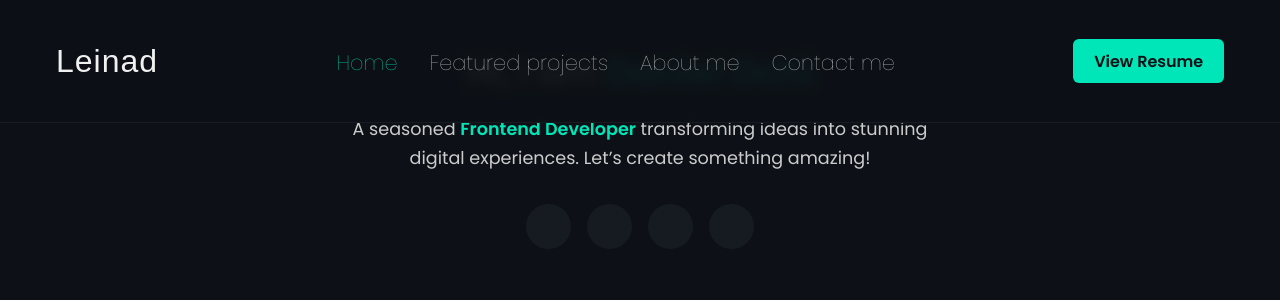
Repository: Austinokezie/Myportfolio
Page: index.html
An editor plug-in stored every save of this project. The page is shown before and after the next save, followed by the edit.
The browser window is 1280 px wide. The pictures show the whole page.
Some web fonts or font styles are not loaded; a fallback is used.

Above is the page before, as saved 2025-10-14 13:14:39.

### index.html
<!DOCTYPE html>
<html lang="en">
<head>
    <meta charset="UTF-8">
    <meta name="viewport" content="width=device-width, initial-scale=1.0">
    <title>My Portfolio</title>
    <link rel="stylesheet" href="./style.css">
    <link rel="stylesheet" href="./mediaqueries.css">
    <link rel="stylesheet" href="./lib/css/bootstrap-grid.min.css">
    <link rel="stylesheet" href="./lib/js/bootstrap.bundle.min.js">
</head>
<body>
    <header>
        <nav class="navbar">
          <div class="logo">Leinad</div>

           <ul class="nav-links">
              <li><a href="#" class="active">Home</a></li>
              <li><a href="#">Featured projects</a></li>
              <li><a href="#">About me</a></li>
             <li><a href="#">Contact me</a></li>
           </ul>

          <a href="#" class="resume-btn">View Resume</a>
       </nav>
  </header>
    </nav>
   <section class="intro">
      <div class="intro-content">
         <h1>Hi, I am <span>Daniel Ochi</span></h1>
           <p>
              A seasoned <span class="highlight">Frontend Developer</span> transforming ideas into
              stunning digital experiences. Let’s create something amazing!
           </p>

          <div class="social-links">
              <a href="#" title="GitHub"><i class="fab fa-github"></i></a>
              <a href="#" title="Medium"><i class="fab fa-medium"></i></a>
              <a href="#" title="LinkedIn"><i class="fab fa-linkedin"></i></a>
             <a href="#" title="Twitter"><i class="fab fa-twitter"></i></a>
          </div>
       </div>
    </section>










         <!-- Arrow -->
        <!-- <div class="text-center mt-5">
           <img
             src="./Asset/icons8-arrow-down-100.png"
             alt="arrow icon"
             class="icon arrow img-fluid"
             style="width: 50px; cursor: pointer;"
             onclick="location.href='./experience'"
            >
       </div> -->





<!--
        <img src="./Asset/icons8-arrow-down-100.png" alt="arrow icon"
           class="icon arrow"
           onclick="location.href= './experience'"
        >  -->




















</body>
</html>

### style.css

@import url('https://fonts.googleapis.com/css2?family=Alan+Sans:wght@300..900&family=Poppins:ital,wght@0,100;0,200;0,300;0,400;0,500;0,600;0,700;0,800;0,900;1,100;1,200;1,300;1,400;1,500;1,600;1,700;1,800;1,900&display=swap');



*{
    margin: 0;
    padding: 0;


}


/* Reset some default styles */
* {
  margin: 0;
  padding: 0;
  box-sizing: border-box;
}

body {
  background-color: #0d1117;
  color: #f0f0f0;
  font-family: 'Poppins', sans-serif;
  display: flex;
  justify-content: center;
  align-items: center;
  height: 100vh;
}



/* === Navbar === */
header {
  width: 100%;
  background-color: rgba(13, 17, 23, 0.95);
  position: fixed;
  top: 0;
  left: 0;
  z-index: 10;
  backdrop-filter: blur(6px);
  border-bottom: 1px solid rgba(255, 255, 255, 0.05);
}

.navbar {
  max-width: 1200px;
  margin: 0 auto;
  padding: 1rem 1rem;
  display: flex;
  justify-content: space-between;
  align-items: center;
}

/* Logo */
.logo {
  font-size: .5rem;
  font-weight: 200;
  font-family: 'Cursive', sans-serif;
  color: #f0f0f0;
  letter-spacing: 1px;
}

/* Navigation Links */
.nav-links {
  list-style: none;
  display: flex;
  gap: 1.5rem;
}

.nav-links a {
  text-decoration: none;
  color: #cccccc;
  font-weight: 100;
  transition: 0.3s ease;
  font-size: 1.3rem;
}

.nav-links a:hover {
  color: #00e6b8;
}

.nav-links a.active {
  color: #00e6b8;
}

/* Resume Button */
.resume-btn {
  background-color: #00e6b8;
  color: #0d1117;
  text-decoration: none;
  padding: 0.6rem 1.3rem;
  border-radius: 6px;
  font-weight: 600;
  transition: all 0.3s ease;
}

.resume-btn:hover {
  background-color: #00cfa4;
  transform: translateY(-2px);
}











/* Intro Section */
.intro {
  text-align: center;
  padding: 2rem;
}

.intro h1 {
  font-size: 2.2rem;
  margin-bottom: 1rem;
  font-weight: 600;
}

.intro h1 span {
  color: #00e6b8;
  font-weight: 700;
}

.intro p {
  font-size: 1.1rem;
  color: #cccccc;
  max-width: 600px;
  margin: 0 auto 2rem auto;
  line-height: 1.6;
}

.highlight {
  color: #00e6b8;
  font-weight: 600;
}

/* Social Icons */
.social-links {
  display: flex;
  justify-content: center;
  gap: 1rem;
}

.social-links a {
  display: flex;
  justify-content: center;
  align-items: center;
  background-color: #161b22;
  width: 45px;
  height: 45px;
  border-radius: 50%;
  font-size: 1.2rem;
  color: #00e6b8;
  transition: all 0.3s ease;
}

.social-links a:hover {
  background-color: #00e6b8;
  color: #0d1117;
  transform: translateY(-4px);
}

/* Responsive */
@media (max-width: 600px) {
  .intro h1 {
    font-size: 1.8rem;
  }

  .intro p {
    font-size: 1rem;
    padding: 0 1rem;
  }

  .social-links a {
    width: 40px;
    height: 40px;
    font-size: 1rem;
  }
}



@media (max-width: 400px) {
  body {
    padding: 0 1rem;
  }

  .intro h1 {
    font-size: 1.5rem;
    line-height: 1.3;
  }

  .intro p {
    font-size: 0.95rem;
    line-height: 1.5;
  }

  .social-links {
    gap: 0.7rem;
  }

  .social-links a {
    width: 38px;
    height: 38px;
    font-size: 0.9rem;
  }

  .intro {
    padding: 1.5rem 0.5rem;
  }
}


























































/* body {
  background: #f0f0f0;
} */
html{
    scroll-behavior:smooth ;
}
p{
    color: rgb(85, 85, 85);
}

/* Transition */

a, .btn{
    transition: all 300ms ease;
}

/* Desktop */

nav, .nav-links{
    display: flex;

}
nav{
    justify-content: space-around;
    align-items: center;
    height: 17vh;
}
.nav-links{
    gap: 2rem;
    list-style: none;
    font-size: 1.5rem;
}
a {
    color: black;
    text-decoration: none;
    text-decoration-color: white;
}
a:hover{
    color: grey;
    text-decoration: underline;
    text-underline-offset: 1rem;
    text-decoration-color: rgb(181 , 181, 181) ;
}
.logo{
    font-size: 2rem;
}
.logo:hover{
   cursor: default;
}
/* Hamburger */
#hamburger-nav{
    display: none;

}
.hamburger-menu{
    position: relative;
    display: inline-block;

}
.hamburger-icon{
    display: flex;
    flex-direction: column;
    justify-content: space-between;
    height: 24px;
    width: 30px;
    cursor: pointer;
}
.hamburger-icon span{
   width: 100%;
   height: 2px;
   background-color: black;
   transition: all 0.3 ease-in-out;
}
.menu-links{
    position: absolute;
    top: 100%;
    right: 0;
    width: fit-content;
    max-height: 0;
    overflow: hidden;
    transition: all 0.3 ease-in-out;

}
.menu-links a{
    display: block;
    padding: 10px;
    text-align: center;
    font-size: 1.5rem;
    color: black;
    text-decoration: none;
     transition: all 0.3 ease-in-out;
}
.menu-links li {
    list-style: none;

}
.menu-links.open{
    max-height: 300px;


}
.hamburger-icon.open span:first-child{
    transform: rotate(45deg) translate(10px, 5px);
}
.hamburger-icon.open span:nth-child(2){
  opacity: 0;
}
.hamburger-icon.open span:last-child{
    transform: rotate(-45deg) translate(10px, -5px);
}
.hamburger-icon.open span:first-child{
    transform: none;
}
.hamburger-icon.open span:first-child{
   opacity: 1;
}
.hamburger-icon.open span:first-child{
    transform: none;
}

/* section */
section{
    padding-top: 4vh;
    height: 96vh;
    margin: 0 10rem;
    box-sizing: border-box;
    min-height: fit-content;
}
.section-container{
    display: flex;
}
#profile{
    display: flex;
    justify-content: center;
    gap: 5rem;
    height: 80vh;
}
.section-pic-container{
    display: flex;
    height: 400px;
    margin: auto 0;
}
.section-pic-container img{
    width: 300px;
    height: 300px;
    border-radius: 50%;
    object-fit: cover;
    display: inline-block;
}
.section-text{
    align-self: center;
    text-align: center;
    margin-bottom: 20px;

}
.section-text-p{
    font-weight: 600;
}
.section-text-p1{
    text-align: center;
}
.intro-con.greet{
    font-size: 1.5rem;
}
.section-text-p2{
    font-size: 1.75rem;
    margin-bottom: 1rem;
}
.title{
    font-size: 3rem;
    text-align: center;
}
.socials-container{
    display: flex;
    justify-content: center;
    margin-top: 1rem;
    gap: 1rem;
}
/* ICON */
.icon{
    cursor: pointer;
    height: 2rem;
}
/* Buttons */
.btn-container{
    display: flex;
    justify-content: center;
    gap: 1rem;
}
.btn{
    font-weight: 600;
    transition: all 300ms ease;
    padding: .6rem;
    width: 8rem;
    border-radius: 2rem;

}
.btn-color-1, .btn-color-2{
    border: rgb(53, 53, 53) .1rem solid;
}
.btn-color-1:hover,
.btn-color-2:hover{
    cursor: pointer;
}
.btn-color-1,
.btn-color-2:hover{
    cursor: pointer;
    background: rgb(53, 53, 53);
    color: white;
}
.btn-color-1:hover{
    background: rgb(0, 0, 0);


}
.btn-color-2{
    background: none;

}
.btn-color-2:hover{
    border: rgb(255, 255, 255) .1rem solid;
}
.btn-container{
    gap: 1rem;
}

/* About section */


#about{
    position: relative;
    margin-top: 3.5rem;
}
.about-intro{
    margin-bottom: 20px;
}
.section_text_p1{
    text-align: center;
}

/* .about-containers{
    display: flex;
    flex-wrap: wrap;
    justify-content: center;
    gap: 2rem;
    margin-bottom: 2rem;
    margin-top: 2rem;
} */
/* .about-details-container{
    justify-content: center;
    flex-direction: column;
} */
.about-containers,
.about-details-container{
    /* display: flex; */
}
.about-details-container{
    display: block;
}
.about-pic{
    border-radius: 2rem;
    max-width: 400px;
    width: 100%;
    height: auto;
    object-fit: cover;
}
.arrow{
    position: absolute;
    right: -5rem;
    bottom: 2.5rem;
}
.details-container{

    padding: 1.5rem;
    /* flex: 1;  */
    background: white;
    border-radius: 2rem;
    border: rgb(53, 53, 53) 0.1rem solid;
    border-color: rgb(163, 163, 163);
    text-align: center;
}
.section_container{
    /* display: flex; */
    gap: 2rem;
    /* height: 70%; */

}
.section__pic-container{
   /* height: auto; */
   width: 100%;
   display: flex;
   justify-content: center;
   align-items: center;
}


.skill-card{
    display: flex;
    flex-direction: column;
    align-items: center;
    justify-content: center;
    padding: 20px;
    background: #fff;
    border-radius: 2px;
    box-shadow: 0 4px 4px rgba(0, 0, 0, 0.1);
    height: 55px;
}
.skill-card img{
    width: 40px;
    height: 40px;
    margin-bottom: 10px;
}



/* Experience section */
#experience{
    position: relative;
}
.experience-sub-title{
    color: rgb(85, 85, 85);
    font-weight: 600;
    font-size: 1.75rem;
    margin-bottom: 2rem;

}
.experience-details-container{
    display: flex;
    justify-content: center;
    flex-direction: column;

}
.article-container{
    display: flex;
    text-align: initial;
    flex-wrap: wrap;
    flex-direction: row;
    gap: 2.5rem;
    justify-content: space-around;
}
article{
    display: flex;
    width: 10rem;
    justify-content: space-around;
    gap: 0.5rem;

}
article .icon{
    cursor: default;
}


/* Projects Section */


#projects{
    position: relative;
}
.color-container{
    border-color: rgb(163, 163, 163);
    background: rgb(255, 255, 255);
}
.project-img{
   border-radius: 1rem;
   width: 100%;
   height: 100%;
}
.project-title{
    margin: 1rem;
    color: black;
}
.project-btn{
    color: black;
    border-color: rgb(163, 163, 163);
}
/* CONTACT */
#contact{
    display: flex;
    justify-content: center;
    flex-direction: column;
    height: 70vh;
}
.contact-info-upper-container{
    display: flex;
    justify-content: center;
    border-radius: 2rem;
    border: rgb(53, 53, 53) 0.1rem solid;
    background-color: rgb(163, 163, 163);
    background: rgb(250, 250, 250);
    margin: 2rem auto;
    padding: 0.5rem;

}
.contact-info-container{
    display: flex;
    align-items: center;
    justify-content: center;
    gap: 0.5rem;
    margin: 1rem;
}
.contact-info-container p{
    font-size: larger;
}
.contact-icon{
    cursor: default;
}

/* footer */
footer{
    height: 26vh;
    margin:  0 1 rem;
    color: #fff;
    background: #f9f9f9;
    box-shadow: 0 -4px 6px rgba(0, 0, 0, 0.2);

}
/* hr{
    width: 75%;
    margin: 20px auto;
    border-color: #333;

} */

.nav-links{
   color: rgb(85, 85, 85);
}
footer p{
    text-align: center ;
}

@media (max-width: 768px) {
  .arrow {
    position: static;
    margin: 2rem auto 0;
    display: block;
  }
}

@media (max-width: 992px) {
  .section_container {
    flex-direction: column;
    align-items: center;
  }

  .section__pic-container,
  .about-details-container {
    max-width: 100%;
  }

  .arrow {
    position: static;
    display: block;
    margin: 2rem auto 0;
  }
}

Loaded but not shown: lib/css/bootstrap-grid.min.css (library); lib/js/bootstrap.bundle.min.js (library); mediaqueries.css (empty)

After the next save:
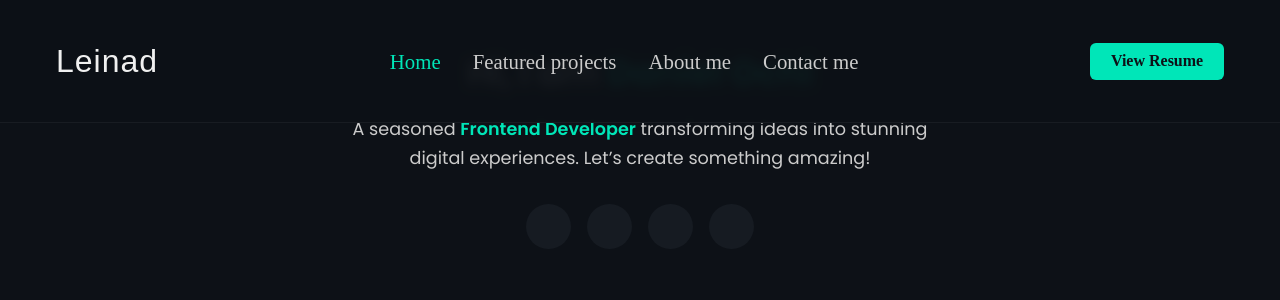
Saved 84 s later.
--- a/style.css
+++ b/style.css
@@ -40,6 +40,7 @@ header {
   z-index: 10;
   backdrop-filter: blur(6px);
   border-bottom: 1px solid rgba(255, 255, 255, 0.05);
+  font-family: serif;
 }
 
 .navbar {
